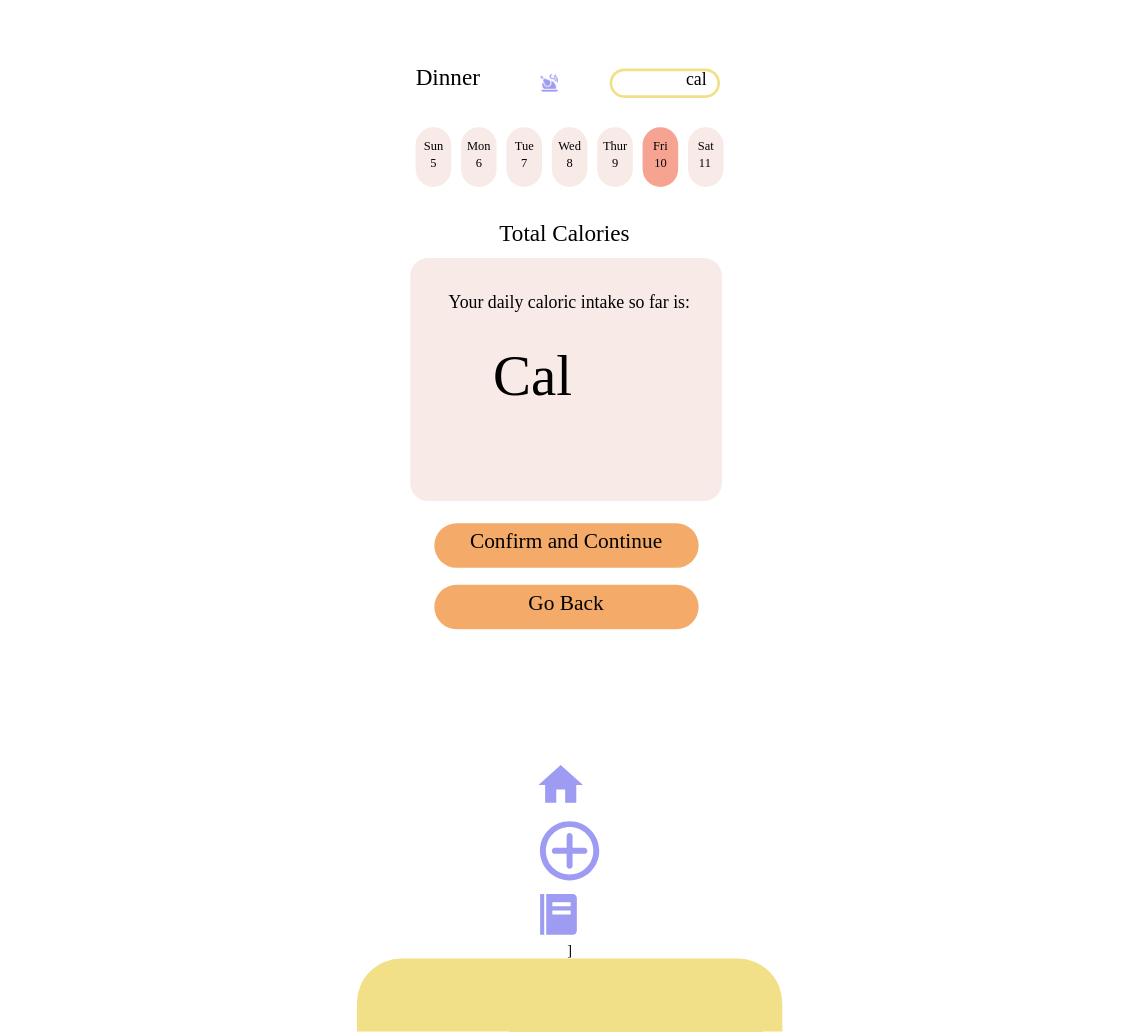
Repository: MeowCeline00/G5-Calorie-Tracker
Page: DinnerCalCounter/index.html
These files come from the project's save history. The page is drawn as it stood at one moment and after a run of saves; the edit follows.
The browser window is 1280 px wide. The pictures show the whole page, at 89% of full size.

Above is the page before, as saved 2024-05-26 14:15:24.
Console error: ReferenceError: renderLandingPage is not defined

After the next 3 saves:
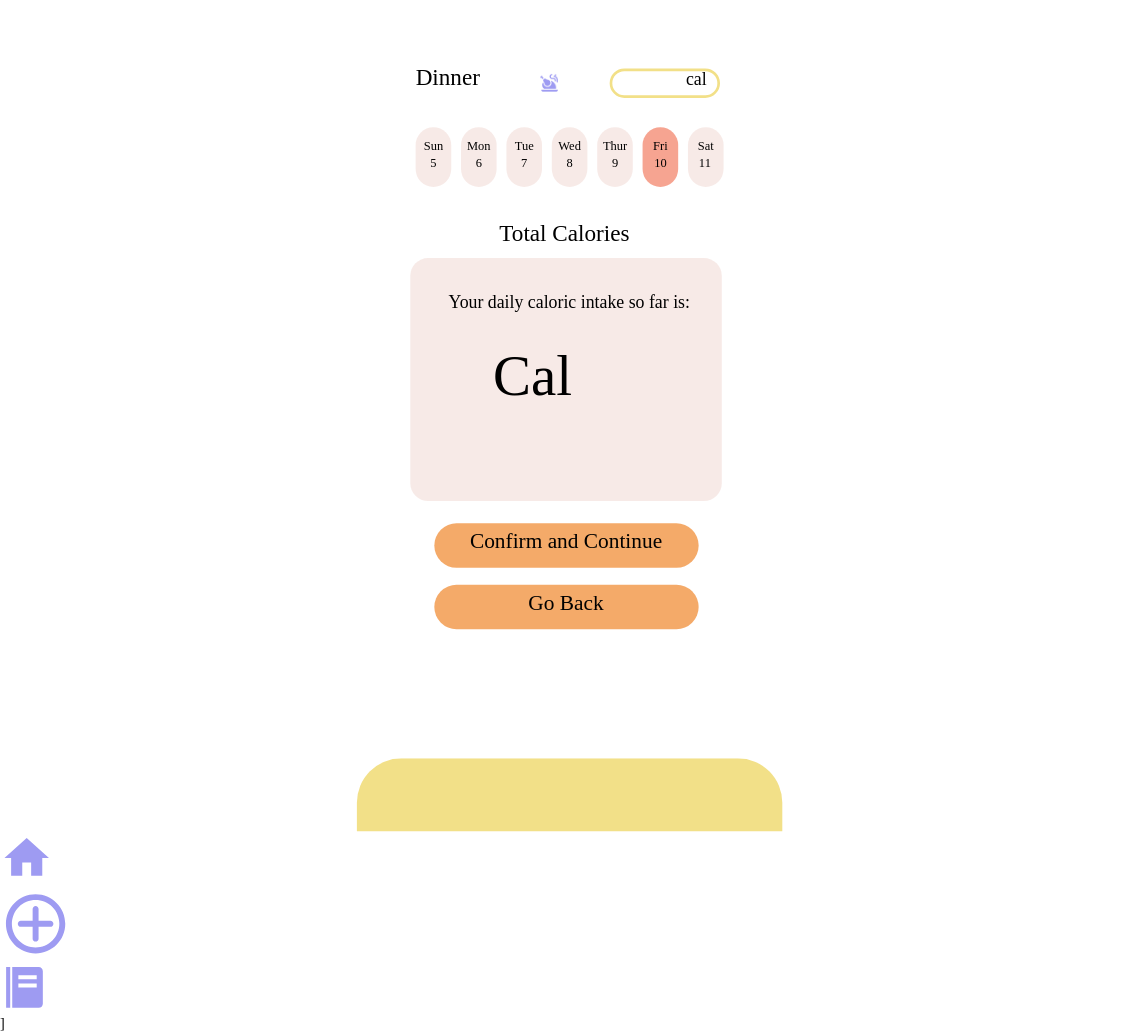
The 3 saves are shown as one change because they came seconds apart.
The last was saved 14 s later.
--- a/DinnerCalCounter/index.html
+++ b/DinnerCalCounter/index.html
@@ -64,23 +64,7 @@
       			<span class="cal2">Cal</span>
 			</div>
 			</div>
-			<div class="navContainer">
-				<nav class="navbar">
-				  <div class="navItem" onclick="navigateTo('home')">
-					<img src="/images/home_icon.svg" alt="Home" width="60" height="60" />
-				  </div>
-				  <div class="addButtonContainer">
-					<div class="addnewButton" onclick="navigateTo('addNew')">
-					  <img src="/images/add_icon.svg" alt="Add" width="80" height="80" />
-					</div>
-				  </div>
-				  <div class="navItem" onclick="navigateTo('recipes')">
-					<img src="/images/recipes_icon.svg" alt="Recipes" width="55" height="55" />
-				  </div>
-				</nav>
-			  </div>
-			  <script src="/scripts/app.js"></script>
-			]  <script src="/scripts/navbar.js"></script>
+
 	  <div class="navBarContainer">
 		<div class="navBar">
 		<!-- <a href="/index.html"><img class="image1" src="/Images/Vector.png "></a>
@@ -90,9 +74,22 @@
 	</div>
 </div>
 </div>
-
-
-
-
+<div class="navContainer">
+	<nav class="navbar">
+	  <div class="navItem" onclick="navigateTo('home')">
+		<img src="/images/home_icon.svg" alt="Home" width="60" height="60" />
+	  </div>
+	  <div class="addButtonContainer">
+		<div class="addnewButton" onclick="navigateTo('addNew')">
+		  <img src="/images/add_icon.svg" alt="Add" width="80" height="80" />
+		</div>
+	  </div>
+	  <div class="navItem" onclick="navigateTo('recipes')">
+		<img src="/images/recipes_icon.svg" alt="Recipes" width="55" height="55" />
+	  </div>
+	</nav>
+  </div>
+  <script src="/scripts/app.js"></script>
+]  <script src="/scripts/navbar.js"></script>
 </body>
 </html>
